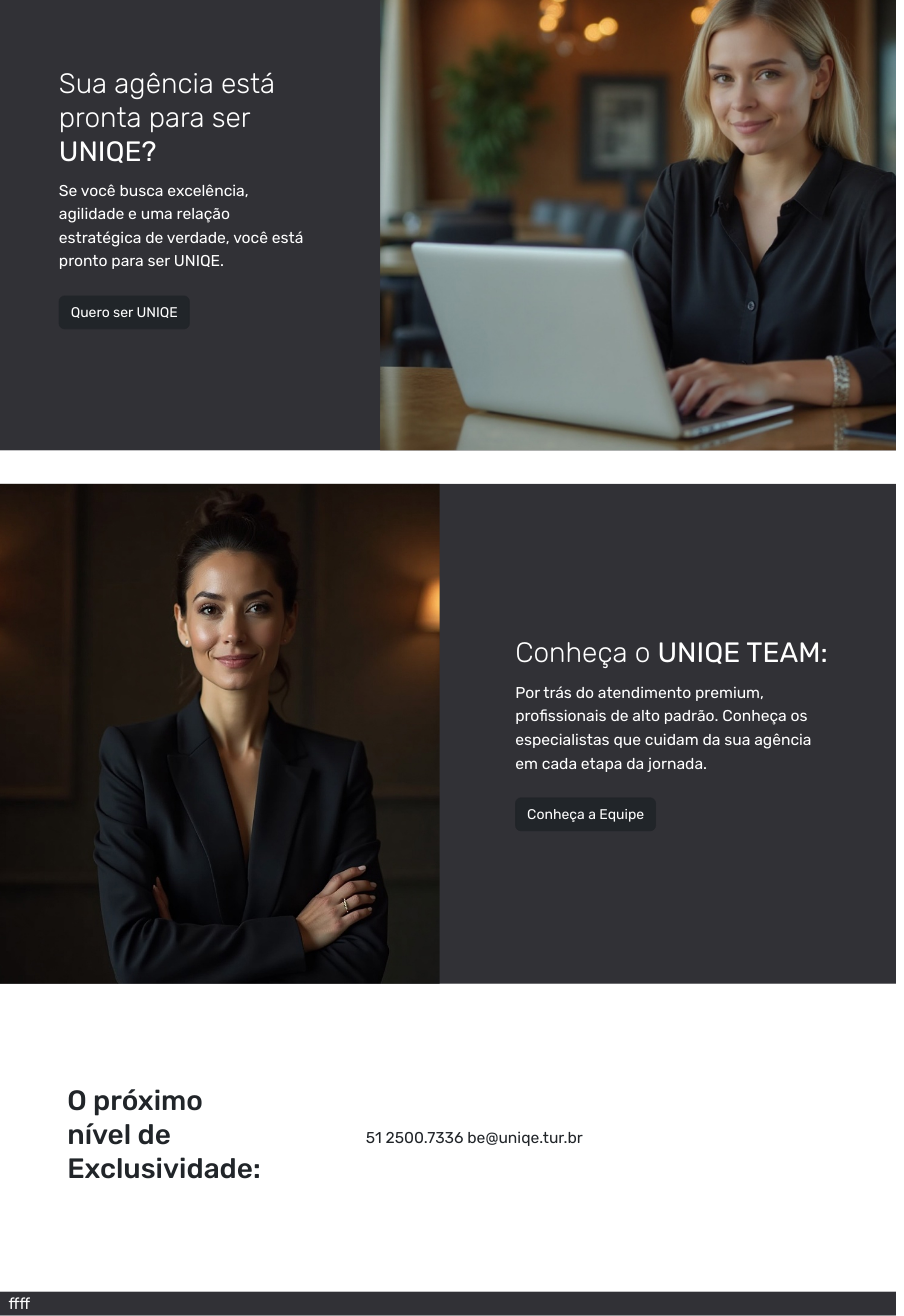
Repository: SkyTeam-Dev/Site-Uniqe
Page: http://localhost/
These files come from the project's save history. The page is drawn as it stood at one moment and after the next save; the edit follows.
The browser window is 1280 px wide. The page is 1292 px wide, so the pictures cover 1292 px, including what lies to the right of the window. The pictures show the part of the page from y = 2705 to 4585 px (the page is 4585 px tall), at 70% of full size.
Some web libraries are served in a nearby version. The page is run by PHP 8.4 with error messages shown; the project is at /var/www/html/.

Above is the page before, as saved 2025-07-04 11:11:23.

After the next save:
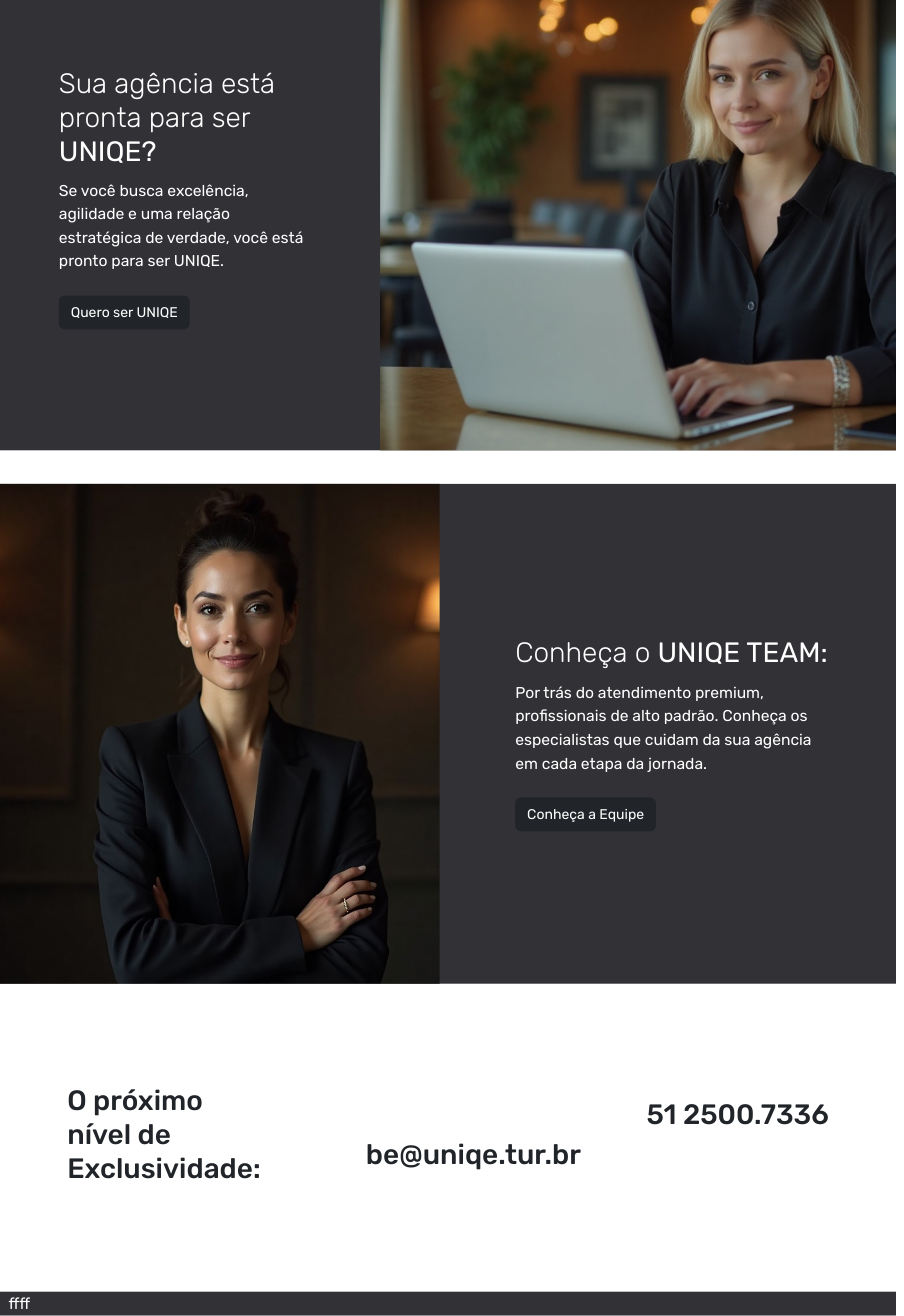
Saved 52 s later.
--- a/index.php
+++ b/index.php
@@ -509,10 +509,10 @@
                     </div>
                 </div>
 
-                <div class="col-md-6 p-5 mb-4 mb-md-0">
+                <div class="col-md-8 p-5 mb-4 mb-md-0">
                     <div class="p-5">
-                        51 2500.7336
-                        be@uniqe.tur.br
+                        <h1 class="text-end">51 2500.7336</h1>
+                        <h1>be@uniqe.tur.br</h1>
                     </div>
                 </div>
 
